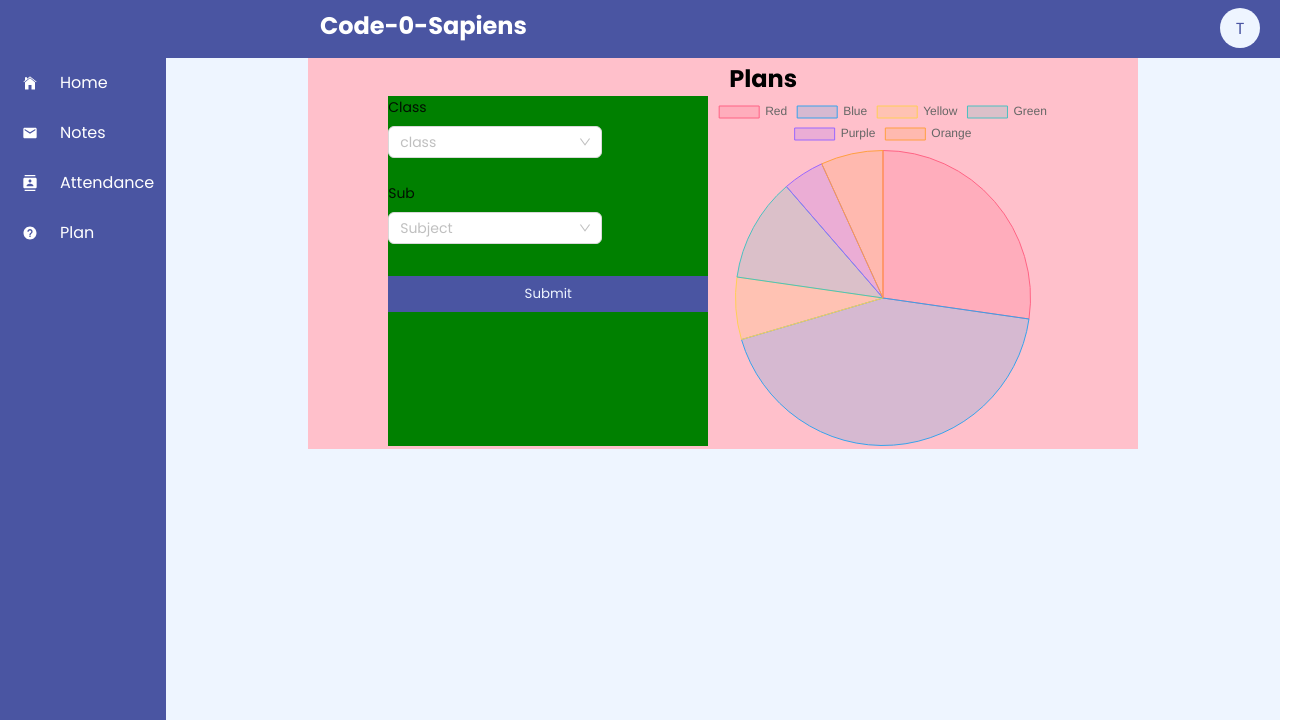
Repository: sinchana-P/code-0-sapiens
Page: /plans (app in client/)
The author's editor kept a copy of each file at every save. The page is drawn from the files as they stood at one save, then again after the next save.
The browser window is 1280 px wide. The page is 1280 px wide, then 1298 px, so the pictures cover 1298 px, including what lies to the right of the window. The pictures show the whole page.
The project was rebuilt for these pictures with package versions that can differ from the ones it lists, and the page was loaded fresh each time. Also part of the build but not shown: client/src/components/auth/login/FormLayoutLogin.jsx, client/src/components/auth/login/Login.jsx, client/src/components/auth/register/FormLayoutRegister.jsx, client/src/components/auth/register/Register.jsx, client/src/components/homeScene/Home.jsx, client/src/components/notes/Notes.jsx, client/src/components/attendance/Attendance.jsx, client/src/components/profile/Profile.jsx and 5 more.

Above is the page before, as saved 2024-03-01 07:39:48.

### client/public/index.html
<!DOCTYPE html>
<html lang="en">
  <head>
    <meta charset="utf-8" />
    <link rel="icon" href="%PUBLIC_URL%/favicon.ico" />
    <meta name="viewport" content="width=device-width, initial-scale=1" />
    <meta name="theme-color" content="#000000" />
    <meta
      name="description"
      content="Web site created using create-react-app"
    />
    <link rel="apple-touch-icon" href="%PUBLIC_URL%/logo192.png" />
    <!--
      manifest.json provides metadata used when your web app is installed on a
      user's mobile device or desktop. See https://developers.google.com/web/fundamentals/web-app-manifest/
    -->
    <link rel="manifest" href="%PUBLIC_URL%/manifest.json" />
    <!--
      Notice the use of %PUBLIC_URL% in the tags above.
      It will be replaced with the URL of the `public` folder during the build.
      Only files inside the `public` folder can be referenced from the HTML.

      Unlike "/favicon.ico" or "favicon.ico", "%PUBLIC_URL%/favicon.ico" will
      work correctly both with client-side routing and a non-root public URL.
      Learn how to configure a non-root public URL by running `npm run build`.
    -->
    <link rel="preconnect" href="https://fonts.googleapis.com">
<link rel="preconnect" href="https://fonts.gstatic.com" crossorigin>
<link href="https://fonts.googleapis.com/css2?family=Poppins:ital,wght@0,100;0,200;0,300;0,400;0,500;0,600;0,700;0,800;0,900;1,100;1,200;1,300;1,400;1,500;1,600;1,700;1,800;1,900&display=swap" rel="stylesheet">
    <title>Code-0-Sapiens</title>
  </head>
  <body>
    <noscript>You need to enable JavaScript to run this app.</noscript>
    <div id="root"></div>
    <!--
      This HTML file is a template.
      If you open it directly in the browser, you will see an empty page.

      You can add webfonts, meta tags, or analytics to this file.
      The build step will place the bundled scripts into the <body> tag.

      To begin the development, run `npm start` or `yarn start`.
      To create a production bundle, use `npm run build` or `yarn build`.
    -->
  </body>
</html>

### client/src/index.js
import React from 'react';
import ReactDOM from 'react-dom/client';
import './index.css';
import App from './App';
import reportWebVitals from './reportWebVitals';
import { BrowserRouter } from 'react-router-dom'
import { apiSlice } from './api/apiSlice';
import {ApiProvider} from '@reduxjs/toolkit/query/react'

const root = ReactDOM.createRoot(document.getElementById('root'));
root.render(
  <BrowserRouter>
    <React.StrictMode>
      <ApiProvider api={apiSlice}>
        <App />
      </ApiProvider>
    </React.StrictMode>
  </BrowserRouter>,
);

// If you want to start measuring performance in your app, pass a function
// to log results (for example: reportWebVitals(console.log))
// or send to an analytics endpoint. Learn more: https://bit.ly/CRA-vitals
reportWebVitals();

### client/src/App.jsx

import './App.css';
import { useState } from 'react';
import { Routes, Route } from 'react-router-dom'
import Login from './components/auth/login/Login'
import Register from './components/auth/register/Register';
import Topbar from './components/global/topbar/Topbar';
import Sidebar from './components/global/sidebar/Sidebar';
import Home from './components/homeScene/Home';
import Notes from './components/notes/Notes';
import Plans from './components/plans/Plans';
import Attendance from './components/attendance/Attendance';
import Profile from './components/profile/Profile';
import StudentSidebar from './components/global/sidebar/StudentSidebar';
import StdHome from './components/stdHome/StdHome';
import StdAttendance from './components/stdAttendance/StdAttendance'
import StdNotes from './components/stdNotes/StdNotes';
import StdDoubts from './components/stdDoubts/StdDoubts';

function App() {
  const [userRole, setUserRole] = useState('Teacher')

  return (
    <div className="App">
      <div className='app-container'>

      <Topbar userRole={userRole}/>

        <div className='main-content'>
          <div className='left-content-container'>

          {
            userRole === 'Teacher' ? (<Sidebar /> ) : (<StudentSidebar /> )
          }

          </div>
          <div className='right-content-container'>
            <Routes>
              <Route path='/login' element={ <Login/> } />
              <Route path='/register' element={ <Register/> } />
              <Route path='/home' element={ <Home/> } />
              <Route path='/notes' element={ <Notes/> } />
              <Route path='/attendance' element={ <Attendance/> } />
              <Route path='/plans' element={ <Plans/> } />
              {/* <Route path='/profile' element={ <Profile/> } /> */}
              <Route path='/student' element={ <StdHome/> } />
              <Route path='/student/attendance' element={ <StdAttendance/> } />
              <Route path='/student/attendance' element={ <StdNotes/> } />
              <Route path='/student/attendance' element={ <StdDoubts/> } />
            </Routes>
          </div>
        </div>
      </div>

    </div>
  );
}

export default App;

### client/src/api/apiSlice.js
import {createApi,fetchBaseQuery} from '@reduxjs/toolkit/query/react'


export const apiSlice = createApi({
       reducerPath:"api",
       baseQuery:fetchBaseQuery({baseUrl:""}),
       tagTypes:['auth', 'student'],
       endpoints:(builder)=>({
        register: builder.mutation({
            query: (data) => ({
                url: '/register',
                method: "POST",
                body: data
            }),
            invalidatesTags:['auth']
        }),
        login: builder.mutation({
            query: (data) => ({
                url: '/login',
                method: "POST",
                body: data
            }),
            invalidatesTags:['auth']
        }),
            //   getTodos:builder.query({
            //          query:()=>'/auth',
            //          transformResponse: (res: Todo[]) =>  {
            //                 // Ensure res is an array before sorting
            //                 console.log(res);

            //                 if (Array.isArray(res)) {
            //                     return res.sort((a, b) => b.id - a.id);
            //                 } else {
            //                     return res;
            //                 }
            //             },

            //          providesTags:['todos']
            //   }),
            //   addTodo:builder.mutation({
            //          query:(todo)=>({
            //                 url:'/todos',
            //                 method:"POST",
            //                 body:todo
            //          }),
            //          invalidatesTags:['todos']
            //   }),
            //   updateTodo:builder.mutation({
            //          query:(todo)=>({
            //                 url:/todos/${todo.id},
            //                 method:'PATCH',
            //                 body:todo
            //          }),
            //          invalidatesTags:['todos']
            //   }),
            //   deleteTodo:builder.mutation({
            //          query:(id)=>({

            //                 url:/todos/${id},
            //                 method:'DELETE',
            //                 body:id
            //          }),
            //          invalidatesTags:['todos']
            //   })

       })
})

export const { useRegisterMutation,useLoginMutation } = apiSlice

### client/src/App.css
@import url('https://fonts.googleapis.com/css2?family=Poppins:ital,wght@0,100;0,200;0,300;0,400;0,500;0,600;0,700;0,800;0,900;1,100;1,200;1,300;1,400;1,500;1,600;1,700;1,800;1,900&display=swap');

* {
  font-family: "Poppins", sans-serif;
}

/* --- */
.full-width-container {
  width: 100%;
  display: flex;
  justify-content: center;
  align-items: center;
}
/* --- */

.right-content-container {
  background-color: #EEF5FF;
  display: flex;
  align-items: start;
  justify-content: center;
}

.app-container {
  display: flex;
  flex-direction: column;
}

.main-content {
  display: flex;
  flex-direction: row;
}

.left-content-container {
  width: 13vw;
}

.right-content-container {
  width: 87vw;

}

### client/src/components/global/topbar/Topbar.jsx
import React, {useState} from 'react'
import './Topbar.css'

const Topbar = ({userRole}) => {
  // const [userRole, setUserRole] = useState('Teacher')

  return (
    <div className='topbar-container'>
        <h2 style={{textAlign: 'left'}} className='logo-text'>Code-0-Sapiens</h2>

        <div className='profile-div'>
          {userRole === 'Teacher' ? 'T' : (userRole === 'Student' ? 'S' : '')}
        </div>
    </div>
  )
}

export default Topbar

### client/src/components/global/sidebar/Sidebar.jsx
import './Sidebar.css'
import { SidebarData } from './SidebarData';
import { Link, NavLink } from 'react-router-dom';


const Sidebar=()=> {
  return (
    <div className='sidebar'>
       <ul className='sidebarList'>
        {
        SidebarData.map((value,key)=>{
            return (
              <NavLink to={value.route} key={key} className='row' >
                <div id='icon'>{value.icon}</div>
                <div id='title'>{value.title}</div>
              </NavLink>
            )
        })
        }
       </ul>
    </div>
  )
}

export default Sidebar

### client/src/components/plans/Plans.jsx
import React, {useState} from 'react';
import { Form, Select, Checkbox } from 'antd';
import './Plans.css'
import { Chart as ChartJS, ArcElement, Tooltip, Legend } from 'chart.js';
import { Pie } from 'react-chartjs-2';


const SidebarData = [
  {
    cls_id: '8',
    sub_id: '1',
    mod_id: 'Module 1',
    chp_id: 'Chapter 1',
    completed: true
  },
  {
    cls_id: '8',
    sub_id: '1',
    mod_id: 'Module 1',
    chp_id: 'Chapter 2',
    completed: false
  },
  {
    cls_id: '8',
    sub_id: '1',
    mod_id: 'Module 1',
    chp_id: 'Chapter 3',
    completed: true
  },
  {
    cls_id: '8',
    sub_id: '1',
    mod_id: 'Module 1',
    chp_id: 'Chapter 4',
    completed: false
  },
  {
    cls_id: '8',
    sub_id: '1',
    mod_id: 'Module 1',
    chp_id: 'Chapter 5',
    completed: true
  },
  {
    cls_id: '8',
    sub_id: '1',
    mod_id: 'Module 2',
    chp_id: 'Chapter 1',
    completed: false
  },
  {
    cls_id: '8',
    sub_id: '1',
    mod_id: 'Module 2',
    chp_id: 'Chapter 2',
    completed: true
  },
  {
    cls_id: '8',
    sub_id: '1',
    mod_id: 'Module 2',
    chp_id: 'Chapter 3',
    completed: true
  },
  {
    cls_id: '8',
    sub_id: '1',
    mod_id: 'Module 2',
    chp_id: 'Chapter 4',
    completed: true
  },
  {
    cls_id: '8',
    sub_id: '1',
    mod_id: 'Module 2',
    chp_id: 'Chapter 5',
    completed: true
  }
];

const CheckboxGroup = Checkbox.Group;
ChartJS.register(ArcElement, Tooltip, Legend);

const Plans = () => {

    const [isSubmit, setIsSubmit] = useState(false)

    const data = {
      labels: ['Red', 'Blue', 'Yellow', 'Green', 'Purple', 'Orange'],
      datasets: [
        {
          label: '# of Votes',
          data: [12, 19, 3, 5, 2, 3],
          backgroundColor: [
            'rgba(255, 99, 132, 0.2)',
            'rgba(54, 162, 235, 0.2)',
            'rgba(255, 206, 86, 0.2)',
            'rgba(75, 192, 192, 0.2)',
            'rgba(153, 102, 255, 0.2)',
            'rgba(255, 159, 64, 0.2)',
          ],
          borderColor: [
            'rgba(255, 99, 132, 1)',
            'rgba(54, 162, 235, 1)',
            'rgba(255, 206, 86, 1)',
            'rgba(75, 192, 192, 1)',
            'rgba(153, 102, 255, 1)',
            'rgba(255, 159, 64, 1)',
          ],
          borderWidth: 1,
        },
      ],
    };

  // Grouping chapters by module
  const groupedChapters = SidebarData.reduce((acc, curr) => {
    const { mod_id, chp_id } = curr;
    if (!acc[mod_id]) {
      acc[mod_id] = [];
    }
    acc[mod_id].push(chp_id);
    console.log('acc');
    console.log(acc);
    return acc;
  }, {});

  const handleSubmit = () => {
    setIsSubmit(true)
  }

  return (
    <div className='plans-main'>
      <h2 className='heading'>Plans</h2>

         <div className='plans-container'>
            <div className='plans-container-left'>
                <Form
                layout="vertical"
                name="basic"
                labelCol={{ span: 8 }}
                wrapperCol={{ span: 16 }}
                style={{ maxWidth: 600 }}
                initialValues={{ remember: true }}
                autoComplete="off"
            >
                <Form.Item label="Class" rules={[{ required: true, message: 'Please select class!' }]}>
                <Select placeholder="class">
                    <Select.Option value="class8">Class 8</Select.Option>
                    <Select.Option value="class9">Class 9</Select.Option>
                    <Select.Option value="class10">Class 10</Select.Option>
                </Select>
                </Form.Item>
                <Form.Item label="Sub" rules={[{ required: true, message: 'Please select class!' }]}>
                <Select placeholder="Subject">
                    <Select.Option value="maths">Maths</Select.Option>
                    <Select.Option value="science">Science</Select.Option>
                    <Select.Option value="social">Social</Select.Option>
                </Select>
                </Form.Item>
                </Form>

                <button onClick={handleSubmit}>Submit</button>

                <div>
                    {isSubmit && (
                        <>
                        {Object.keys(groupedChapters).map((module, index) => (

                          <div key={index} className='module-chapters-checkbox'>
                          <h3>{module}</h3>
                          <CheckboxGroup>
                              {groupedChapters[module].map((chapter, i) => (
                              <Checkbox checked key={i} value={chapter} style={{width: '1200px'}} >
                                  {chapter}
                              </Checkbox>
                              ))}
                          </CheckboxGroup>

                          </div>

                      ))}
                      <button>Update Plan</button>
                        </>
                    )}
                </div>
            </div>

            <div style={{width:'350px', height: '350px'}} className='plans-container-right'>
              <Pie
                data={data}
                width={50}
                height={50}
              />
            </div>
         </div>





    </div>



  );
}

export default Plans;

### client/src/components/auth/login/Login.css
.login-container{
    padding: 1rem 0;
    /* background-color: pink; */
    width: 50vw;

}

h2 {
    text-align: center;
    margin-left: 20rem;
}

### client/src/components/auth/register/Register.css
.register-container{
    padding: 1rem 0;
    /* background-color: pink; */
    width: 50vw;

}

h2 {
    text-align: center;
    margin-left: 20rem;
}

### client/src/components/global/topbar/Topbar.css
.topbar-container {
    background-color: #4A55A2;
    min-width: 95vw;
    height: 4rem;
    display: flex;
    flex-direction: row;
    justify-content: space-between;
}

.profile-div {
    background-color: #EEF5FF;
    color: #4a55a2;
    width: 40px;
    height: 40px;
    border-radius: 50%;
    display: flex;
    justify-content: center;
    align-items: center;
    margin-top: 8px;
    margin-right: 20px;
}

.logo-text {
    color: white;
    /* text-align: center; */
    margin-top: 0.5rem;
}

### client/src/components/global/sidebar/Sidebar.css
*{
    margin: 0;
    padding: 0;
  }
  .App{
    width: 100vw;
    height: 100vh;
    display: flex;
  }

  .sidebar{
    height: 92vh;
    width: 200px;
    background-color: #4A55A2;
  }

  .sidebarList{
    height: auto;
    width: 100%;
    padding: 0;
  }

  .sidebarList .row{
    width: 100%;
    height: 50px;
    list-style-type: none;
    margin: 0;
    display: flex;
    flex-direction: row;
    color: white;
    justify-content: center;
    align-items: center;
    text-decoration: none;
  }

  .sidebarList .row:hover{
    cursor: pointer;
    background-color: #EEF5FF;
    color: black;

  }

  .row #icon{
    flex: 30%;
    display: grid;
    place-items: center;
  }

  .row #title{
    flex: 70%;
  }

  .row .active {
    background-color: #EEF5FF;
    color: black;
  }

### client/src/components/global/sidebar/SidebarData.js
import { IoIosHome,IoMdHelpCircle } from "react-icons/io";
import { MdEmail,MdContacts } from "react-icons/md";
import { FaRegCalendarCheck } from "react-icons/fa";


export const SidebarData=[
       {
              title:"Home",
              icon:<IoIosHome />,
              route:"/"
       },
       {
              title:"Notes",
              icon:<MdEmail />,
              route:"/notes"
       },
       {
              title:"Attendance",
              icon:<MdContacts />,
              route:"/attendance"
       },
       {
              title:"Plan",
              icon:<IoMdHelpCircle />,
              route:"/plans"
       },
       // {
       //        title:"Profile",
       //        icon:<FaRegCalendarCheck />,
       //        route:"/profile"
       // },
]

### client/src/components/notes/Notes.css
.notes-main {
    width: 87vw;
}

.heading {
    margin-left: 28rem;
}

.notes-container{
    margin: 1rem 18rem;
}

.notes-form-container {
    padding: 1rem 0;
}

.notes-upload-main {
    display: flex;
    flex-direction: row;
}


.notes-upload-container {
    display: flex;
    flex-direction: column;
}

.notes-pdf, .notes-link {
    display: flex;
    flex-direction: row;
    padding: 0.5rem 0;
}

.notes-upload-container {
    padding: 0rem 1rem;
}

p{
    font-weight: bold;
}

### client/src/components/plans/Plans.css
.plans-main{
    /* width: 90vw; */
    padding: 0.2rem 5rem;
    background-color: pink;
    /* max-height: 90vh; */

}

.module-chapters-checkbox {
    display: flex;
    flex-direction: column;
    justify-content: start;
}

.heading {
    margin-left: 5rem;
}

.plans-container {
    display: flex;
    flex-direction: row;
    /* justify-content: space-evenly; */

}

.plans-container-left {
    display: flex;
    flex-direction: column;
    width: 20rem;
    background-color: green;
}

### client/src/components/attendance/Attendance.css
.attendance-main {
    /* background-color: pink; */
    width: 80vw;
}

.attendance-class {
    /* background-color: pink; */
}

.attendance-class-inputs-container {
    display: flex;
    flex-direction: row;
    min-width: 80vw;
}

.attendance-class-each {
    width: 15rem;
    margin: 2rem;
}

button {
    background-color: #4a55a2;
    color: #EEF5FF;
    border: none;
    padding: 0.5rem 1rem;
    margin: 0.5rem 0;
}

button:hover {
    background-color: #b9cae3;
    color: #4a55a2;
    cursor: pointer;
}

### client/src/components/global/sidebar/StudentSidebarData.js
import { IoIosHome,IoMdHelpCircle } from "react-icons/io";
import { MdEmail,MdContacts } from "react-icons/md";
import { FaRegCalendarCheck } from "react-icons/fa";


export const StudentSidebarData=[
       {
              title:"Home",
              icon:<IoIosHome />,
              route:"/student"
       },
       {
              title:"Attendance",
              icon:<MdEmail />,
              route:"/student/attendance"
       },
       {
              title:"Notes",
              icon:<MdContacts />,
              route:"/student/notes"
       },
       {
              title:"Doubts",
              icon:<IoMdHelpCircle />,
              route:"/student/doubts"
       },
       // {
       //        title:"Profile",
       //        icon:<FaRegCalendarCheck />,
       //        route:"/profile"
       // },
]

### client/src/components/stdAttendance/StdAttendance.css
.attendance-main {
    /* background-color: pink; */
    width: 87vw;
    padding: 1rem 20rem;
}

.attendance-class {
    /* background-color: pink; */
}

.attendance-class-inputs-container {
    display: flex;
    flex-direction: row;
    min-width: 80vw;
}

.attendance-class-each {
    width: 15rem;
    margin: 2rem;
}

button {
    background-color: #4a55a2;
    color: #EEF5FF;
    border: none;
    padding: 0.5rem 1rem;
    margin: 0.5rem 0;
}

button:hover {
    background-color: #b9cae3;
    color: #4a55a2;
    cursor: pointer;
}

.header {
    margin: 1rem 5rem;
}

Loaded but not shown: client/src/index.css (common file); client/src/reportWebVitals.js (common file)

After the next save:
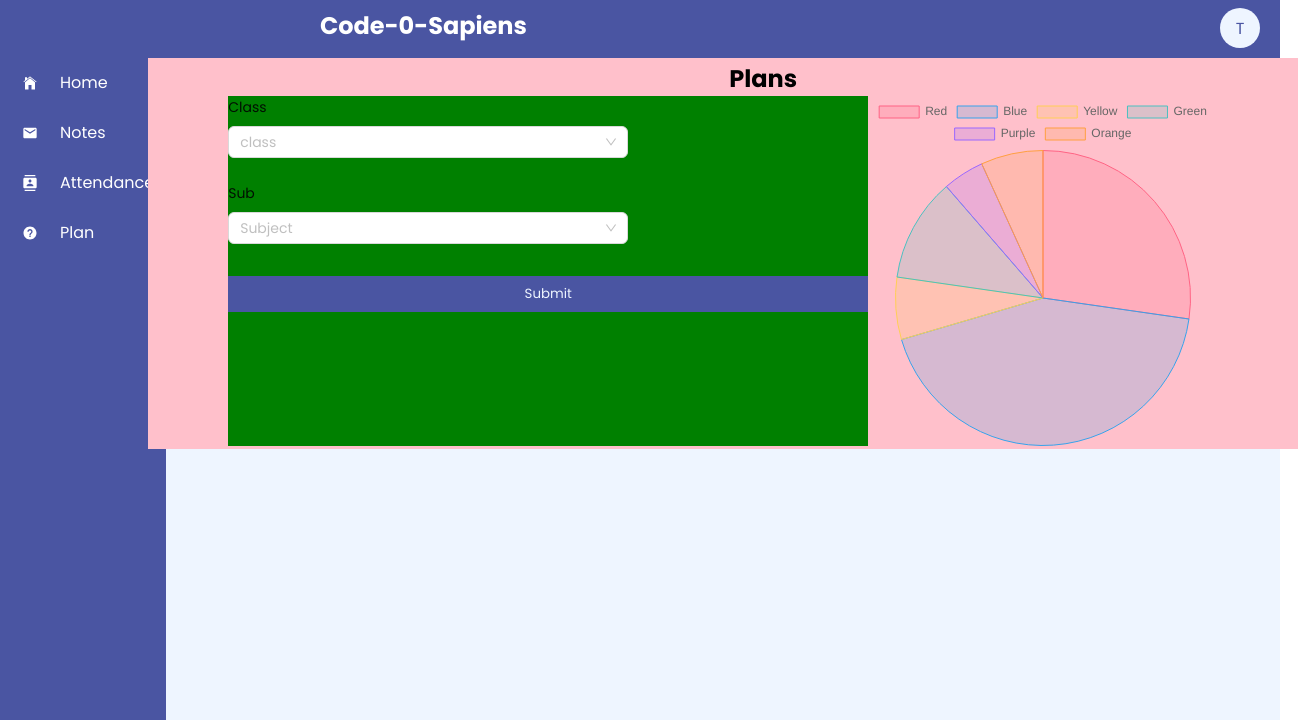
Saved 13 s later.
--- a/client/src/components/plans/Plans.css
+++ b/client/src/components/plans/Plans.css
@@ -26,6 +26,6 @@
 .plans-container-left {
     display: flex;
     flex-direction: column;
-    width: 20rem;
+    width: 40rem;
     background-color: green;
 }
